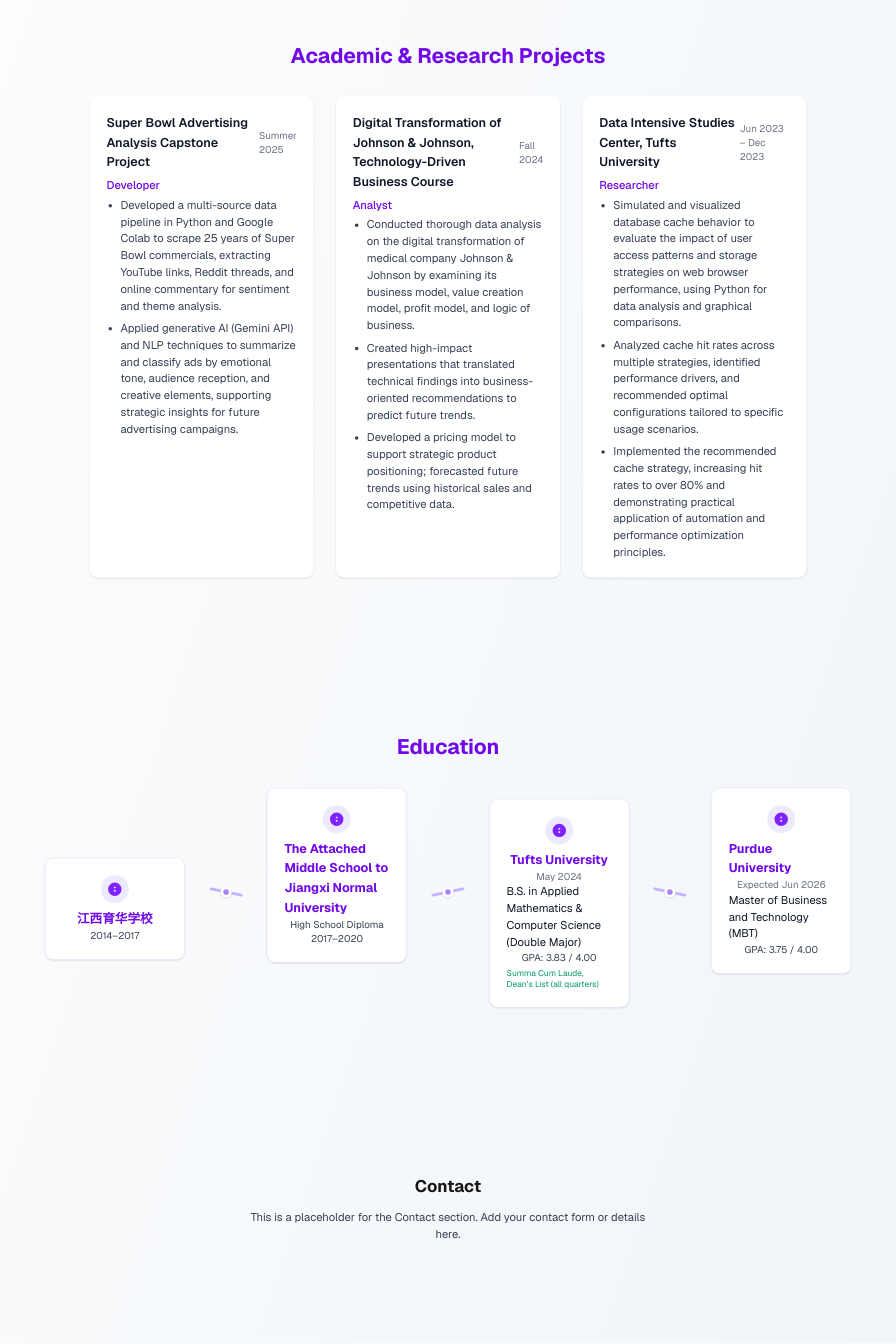
Repository: winniewyl/personal-portfolio
Page: /
These files come from the project's save history. The page is drawn as it stood at one moment and after the next save; the edit follows.
The browser window is 1280 px wide. The pictures show the part of the page from y = 1875 to 3795 px (the page is 3795 px tall), at 70% of full size.
The project was rebuilt for these pictures with package versions that can differ from the ones it lists, and the page was loaded fresh each time. The framework's server and built-in components were replaced by stand-ins that run in the browser. Also part of the build but not shown: next.config.ts.

Above is the page before, as saved 2025-07-22 12:03:07.

After the next save:
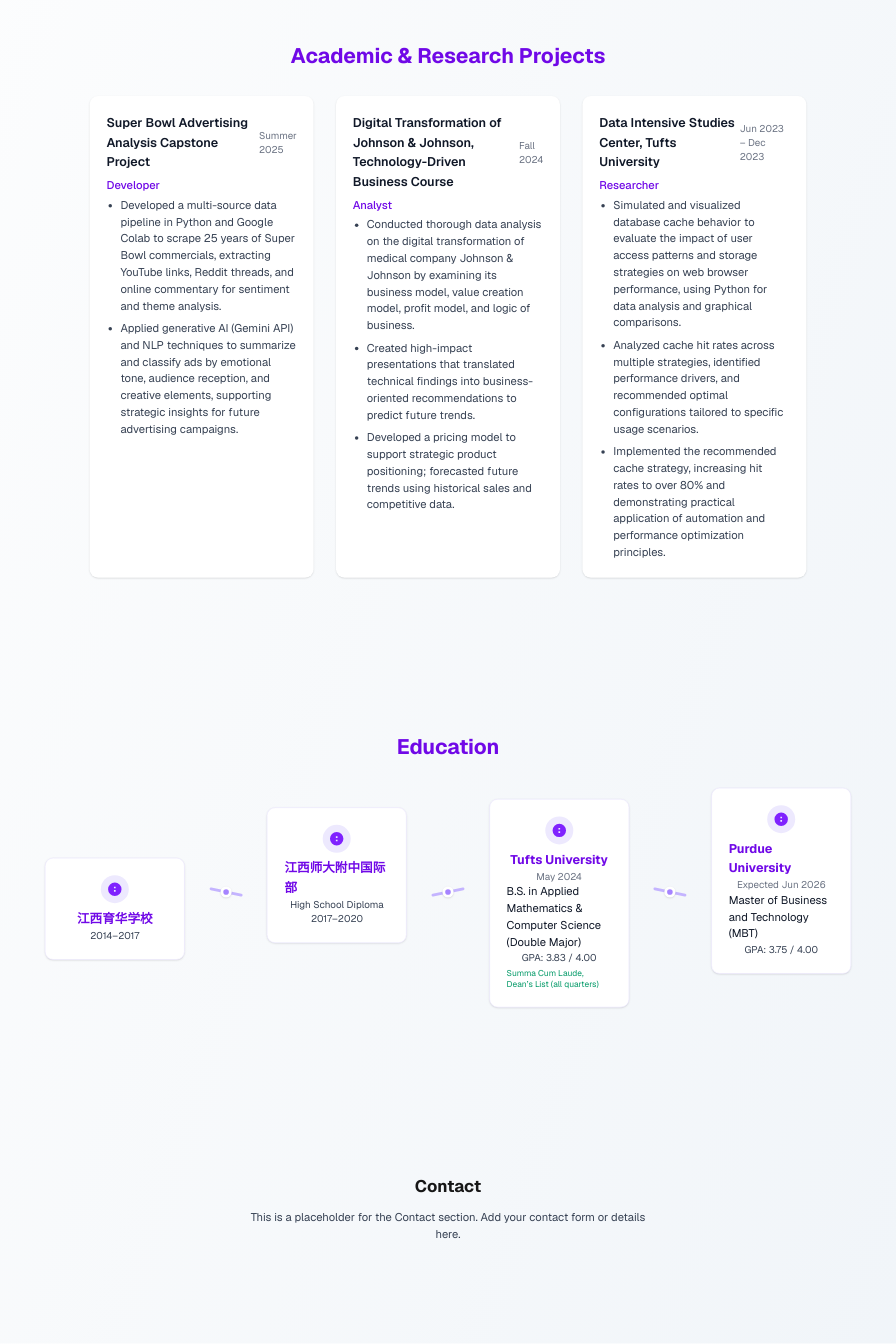
Saved 68 s later.
--- a/src/app/page.tsx
+++ b/src/app/page.tsx
@@ -233,7 +233,7 @@ export default function Home() {
                   </svg>
                 </span>
                 <span className="font-bold text-lg text-violet-700">
-                  The Attached Middle School to Jiangxi Normal University
+                  江西师大附中国际部
                 </span>
                 <span className="text-sm text-gray-700 dark:text-gray-300">
                   High School Diploma
